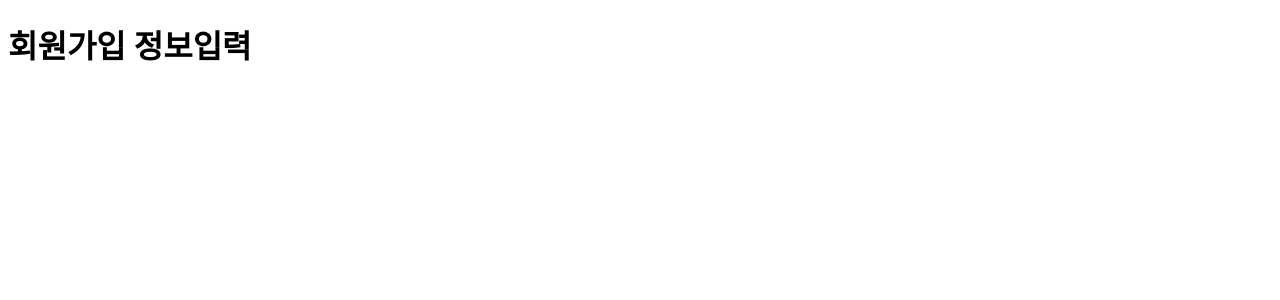
Repository: beescuit9510/toyProjects
Page: web-server-workplace/03_dbProject/src/main/webapp/html/join.html
An editor plug-in stored every save of this project. The page is shown before and after the next save, followed by the edit.
The browser window is 1280 px wide. The pictures show the whole page.

Above is the page before, as saved 2021-09-30 00:43:58.

After the next save:
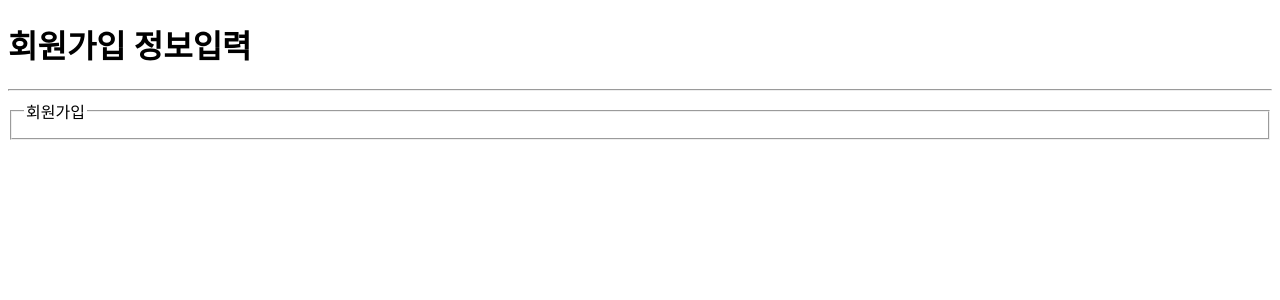
Saved 59 s later.
--- a/web-server-workplace/03_dbProject/src/main/webapp/html/join.html
+++ b/web-server-workplace/03_dbProject/src/main/webapp/html/join.html
@@ -6,6 +6,11 @@
 </head>
 <body>
 	<h1>회원가입 정보입력</h1>
-
+	<hr>
+	<form action="/join" method="post">
+		<fieldset>
+			<legend>회원가입</legend>
+		</fieldset>
+	</form>
 </body>
 </html>
